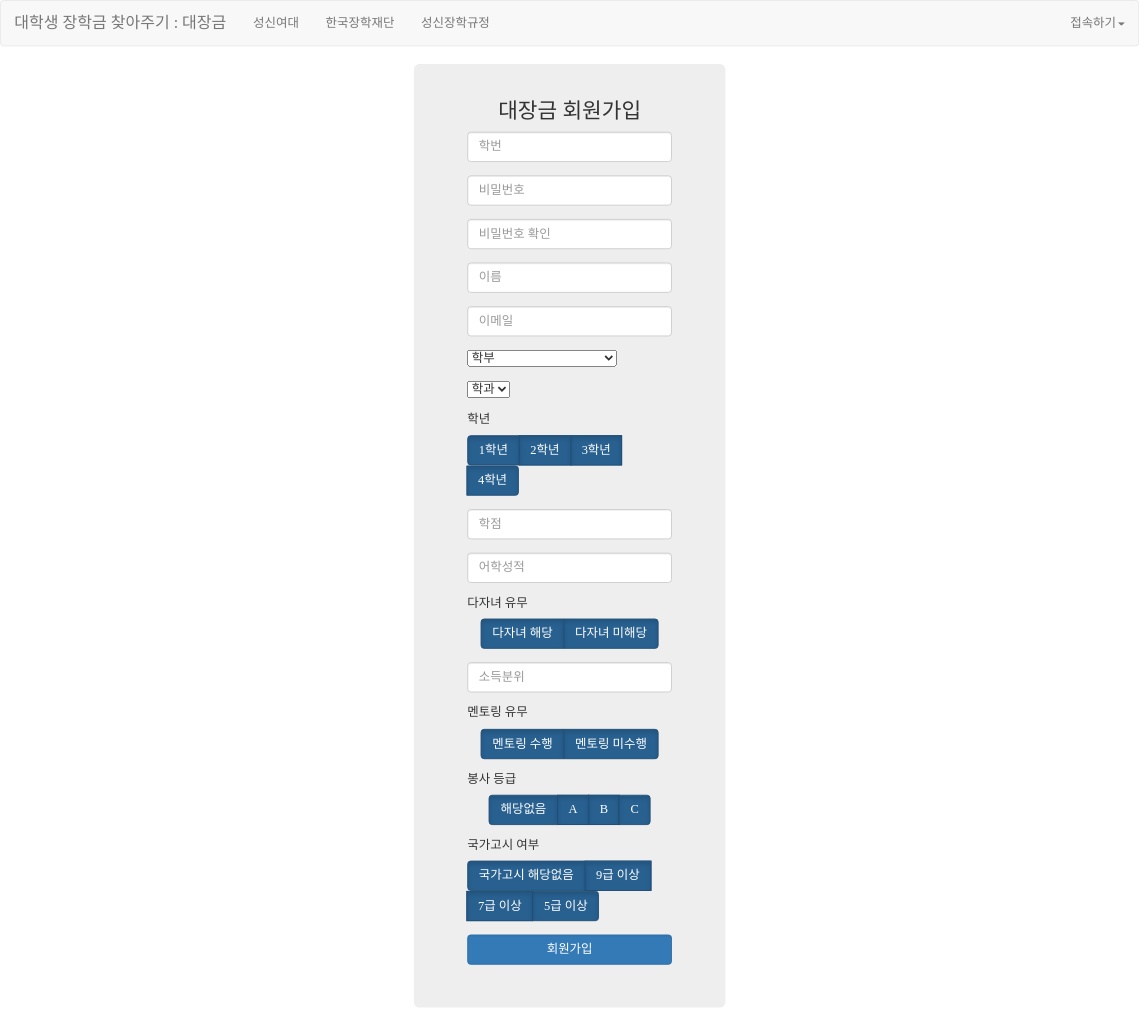
Repository: jiwon-214/DJG
Page: http://localhost/DJG/join.jsp
These files come from the project's save history. The page is drawn as it stood at one moment and after the next save; the edit follows.
The browser window is 1280 px wide. The pictures show the whole page, at 89% of full size.
Some web fonts or font styles are not loaded; a fallback is used. Some web libraries are served in a nearby version. The page is served by Tomcat 9.

Above is the page before, as saved 2022-01-10 19:47:54.

After the next save:
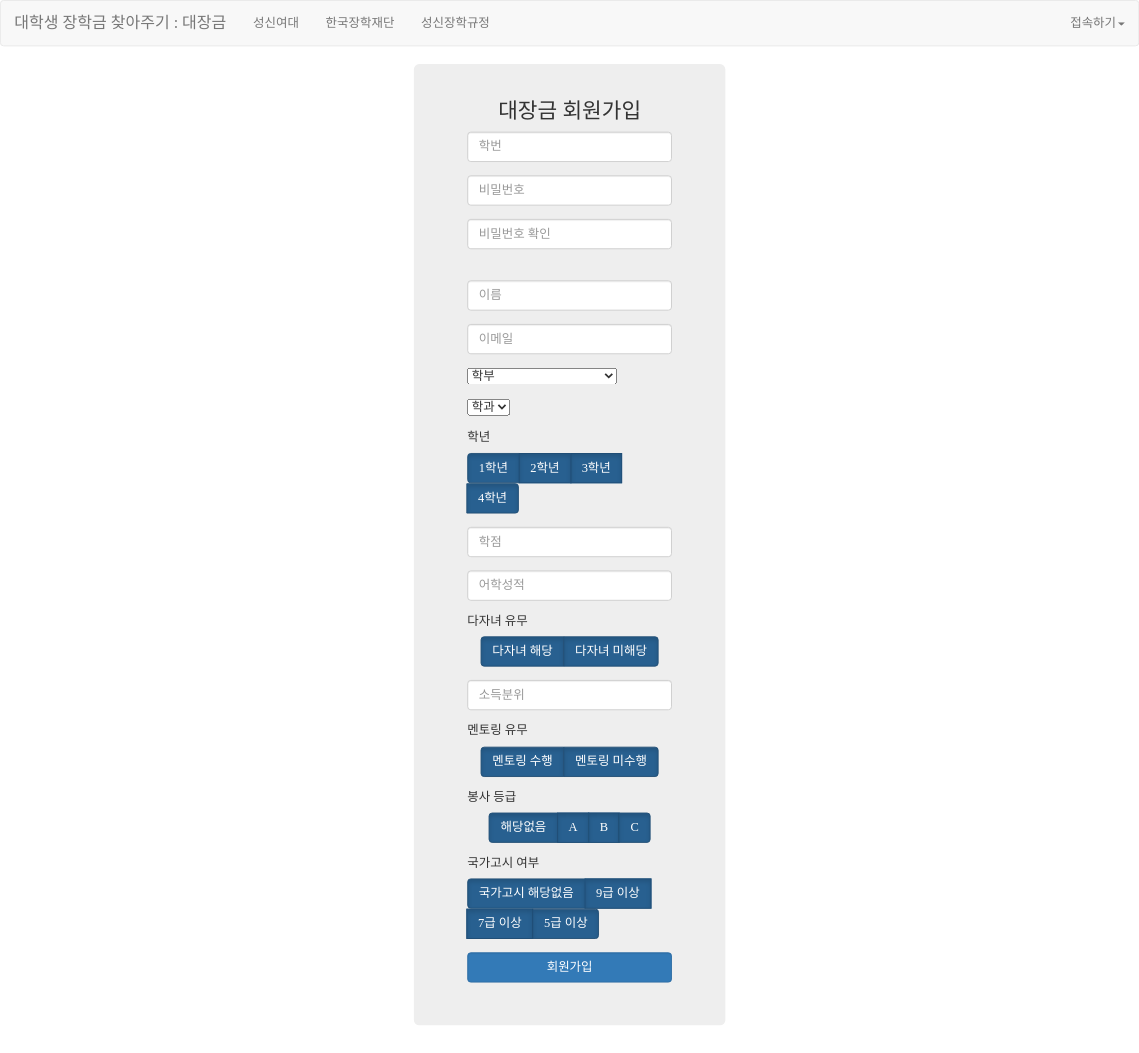
Saved 8 min 23 s later.
--- a/DJG/WebContent/join.jsp
+++ b/DJG/WebContent/join.jsp
@@ -53,7 +53,8 @@
                   <input type="password" class="form-control" placeholder="비밀번호" name="userPassword" id="userPassword" maxlength="20">
                </div>
                <div class="form-group">
-                  <input type="password" class="form-control" placeholder="비밀번호 확인" name="userPassword" id="userPassword_again" maxlength="20">
+                  <input type="password" class="form-control" placeholder="비밀번호 확인" name="userPassword" id="userPassword_again" maxlength="20">&nbsp;
+                  <span id="check"></span>
                </div>
                <div class="form-group">
                   <input type="text" class="form-control" placeholder="이름" name="userName" maxlength="20">

After the 2 saves that followed:
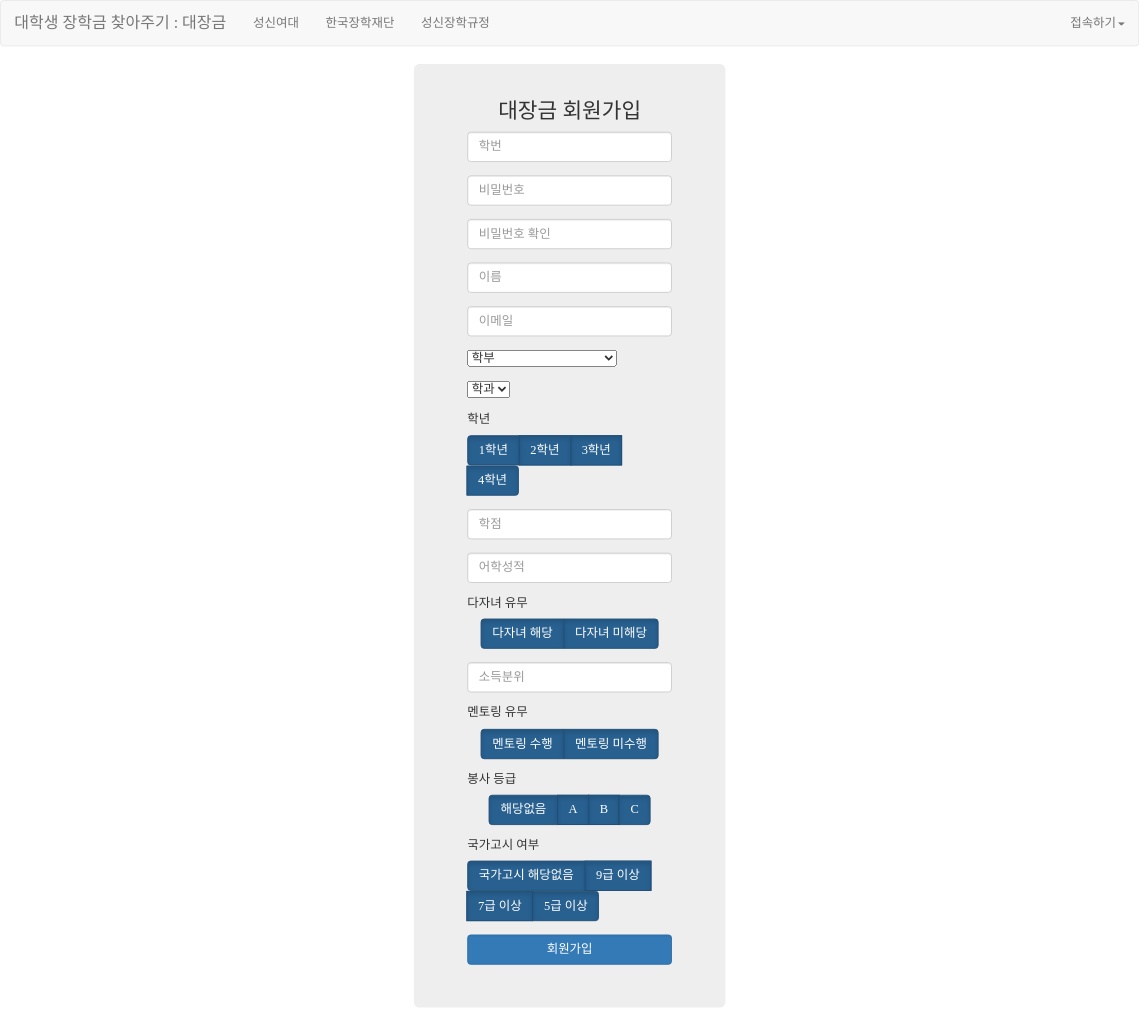
The 2 saves are shown as one change because 1 left the picture as it was.
The last was saved 13 min 23 s later.
--- a/DJG/WebContent/join.jsp
+++ b/DJG/WebContent/join.jsp
@@ -50,12 +50,12 @@
                   <input type="text" class="form-control" placeholder="학번" name="userID" maxlength="10">
                </div>
                <div class="form-group">
-                  <input type="password" class="form-control" placeholder="비밀번호" name="userPassword" id="userPassword" maxlength="20">
-               </div>
-               <div class="form-group">
-                  <input type="password" class="form-control" placeholder="비밀번호 확인" name="userPassword" id="userPassword_again" maxlength="20">&nbsp;
-                  <span id="check"></span>
-               </div>
+                  <input type="password" class="form-control" placeholder="비밀번호" name="userPassword" id="userPassword" maxlength="20" onchange="password()">
+               </div>
+               <div class="form-group">
+                  <input type="password" class="form-control" placeholder="비밀번호 확인" name="userPassword" id="userPassword_again" maxlength="20" onchange="password()">
+               </div>
+               <span id="check"></span>
                <div class="form-group">
                   <input type="text" class="form-control" placeholder="이름" name="userName" maxlength="20">
                </div>
@@ -177,7 +177,7 @@
                      </label>
                   </div>
                </div>
-               <input type="submit" class="btn btn-primary form-control" onclick=password() value="회원가입">
+               <input type="submit" class="btn btn-primary form-control" value="회원가입">
             </form>
          </div>
       </div>
@@ -242,14 +242,12 @@
     	var pw = document.getElementById('userPassword').value;
     	var pw2 = document.getElementById('userPassword_again').value;
 
-    	if(pw.length < 3) {
-    		alert('비밀번호는 4글자 이상으로 입력해주세요.');
-    		history.back();
-    	}
-
     	if(pw != pw2) {
-    		alert('비밀번호가 일치하지 않습니다.');
-    		history.back();
+    		document.getElementById('check').innerHTML = '비밀번호가 일치하지 않습니다.';
+    		document.getElementById('check').style.color = 'red';
+    	} else {
+    		document.getElementById('check').innerHTML = '비밀번호가 일치합니다.';
+    		document.getElementById('check').style.color = 'blue';
     	}
     }
 </script>
